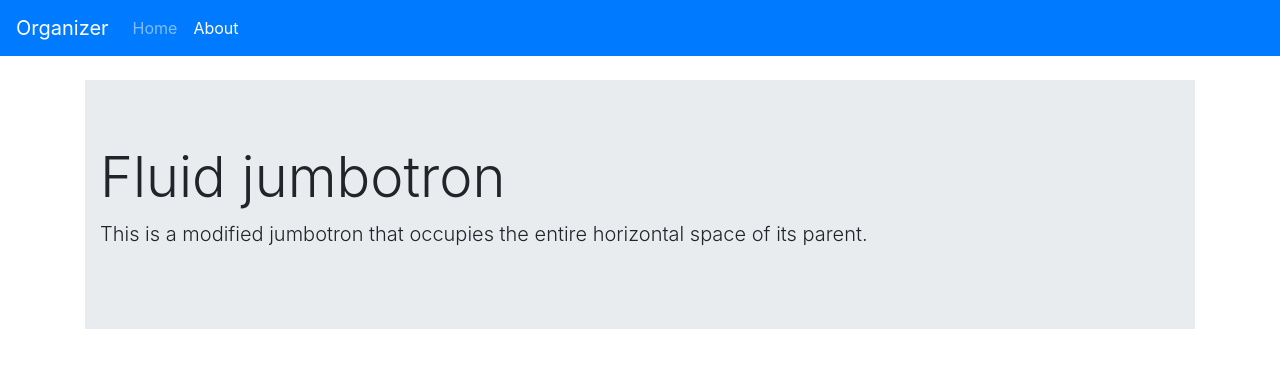
Repository: GregorPiev/orginizer-react-advanced
Page: /about
An editor plug-in stored every save of this project. The page is shown before and after the next save, followed by the edit.
The browser window is 1280 px wide. The pictures show the whole page.
The project was rebuilt for these pictures with package versions that can differ from the ones it lists, and the page was loaded fresh each time. Also part of the build but not shown: src/pages/Home/Home.scss, src/pages/Home/Home.js, src/pages/About/About.scss.

Above is the page before, as saved 2020-08-24 10:36:45.

After the next save:
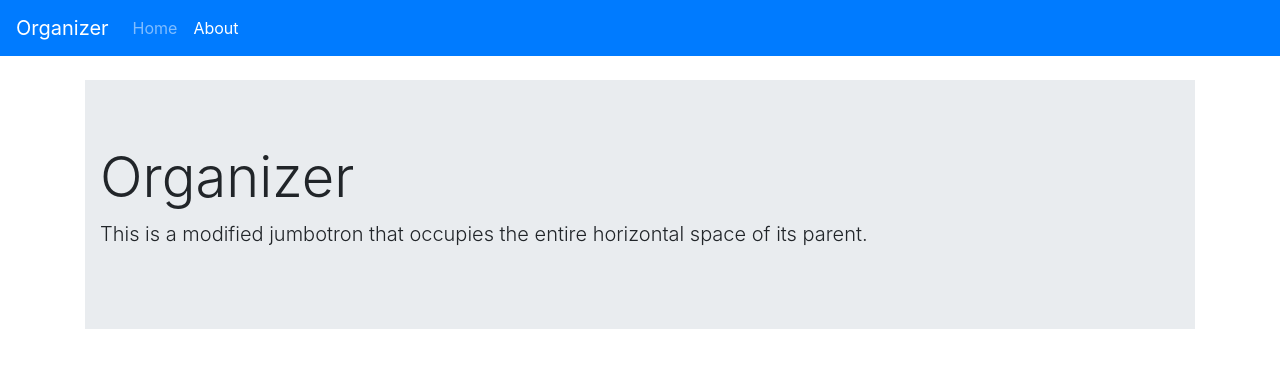
Saved 80 s later.
--- a/src/pages/About/About.js
+++ b/src/pages/About/About.js
@@ -4,7 +4,7 @@ import './About.scss';
 export const About = () => (
     <div className="jumbotron jumbotron-fluid">
         <div className="container">
-            <h1 className="display-4">Fluid jumbotron</h1>
+            <h1 className="display-4">Organizer</h1>
             <p className="lead">This is a modified jumbotron that occupies the entire horizontal space of its parent.</p>
         </div>
     </div>
